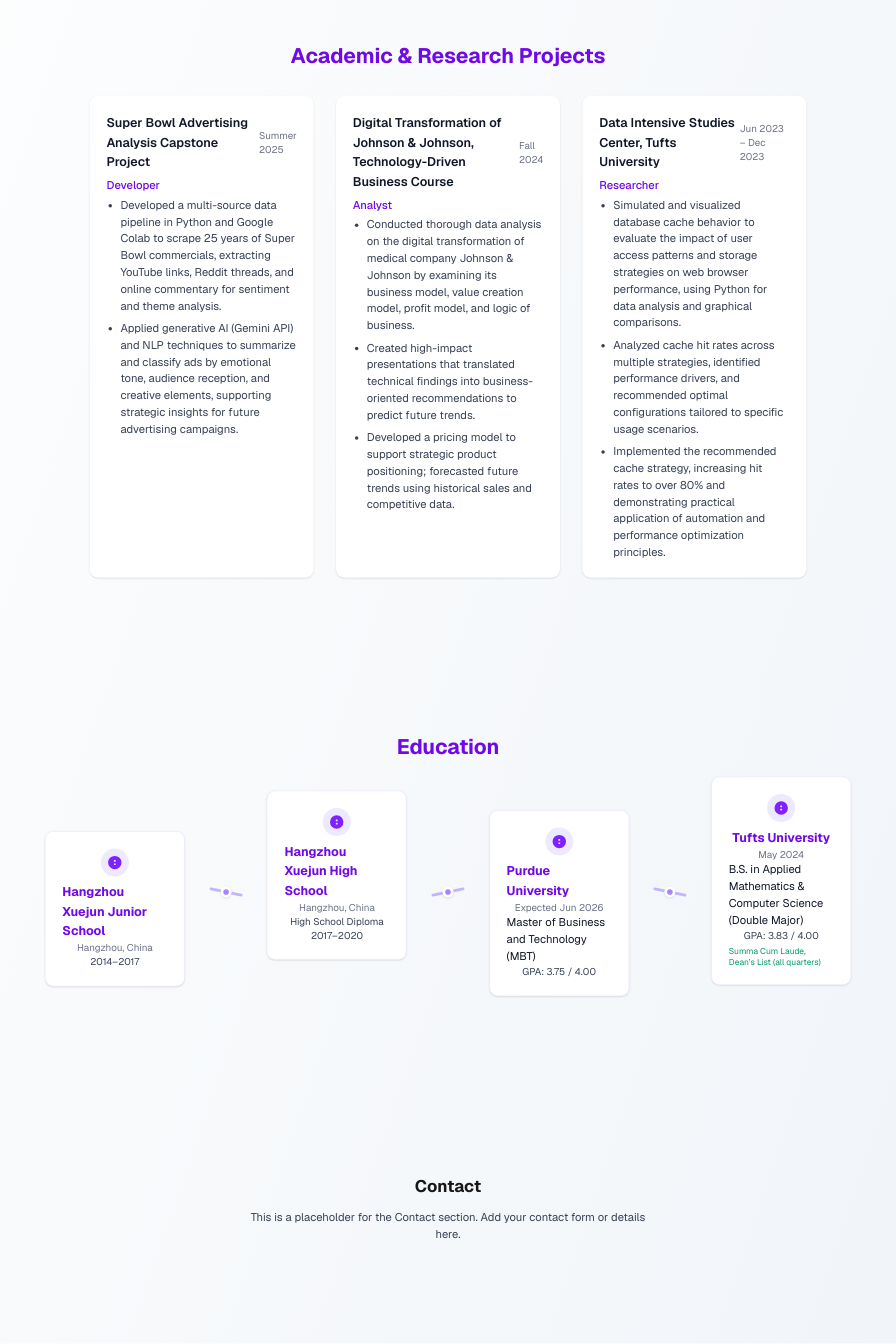
Repository: winniewyl/personal-portfolio
Page: /
These files come from the project's save history. The page is drawn as it stood at one moment and after the next save; the edit follows.
The browser window is 1280 px wide. The pictures show the part of the page from y = 1875 to 3795 px (the page is 3795 px tall), at 70% of full size.
The project was rebuilt for these pictures with package versions that can differ from the ones it lists, and the page was loaded fresh each time. The framework's server and built-in components were replaced by stand-ins that run in the browser. Also part of the build but not shown: next.config.ts.

Above is the page before, as saved 2025-07-22 11:56:10.

After the next save:
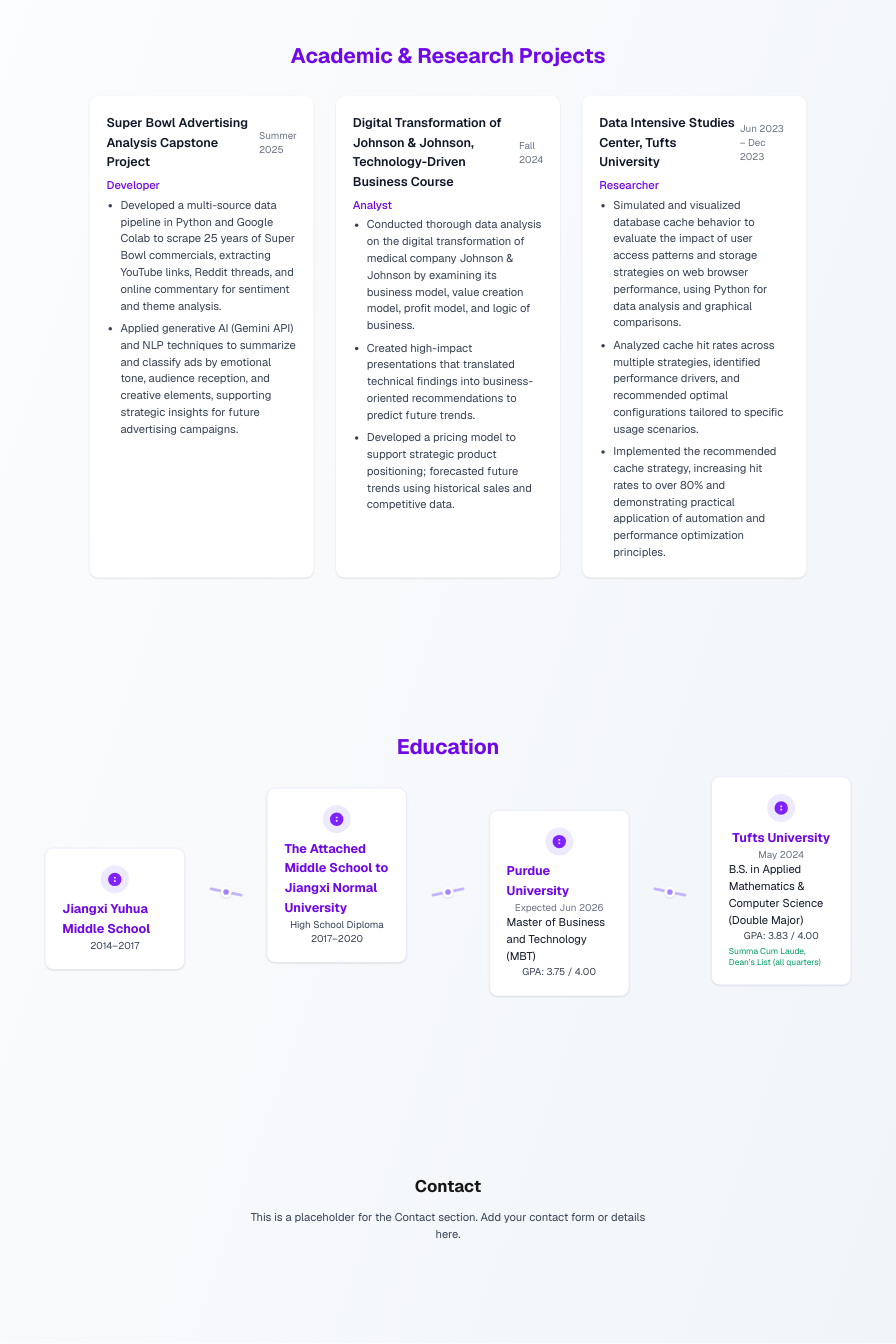
Saved 2 min 11 s later.
--- a/src/app/page.tsx
+++ b/src/app/page.tsx
@@ -195,7 +195,7 @@ export default function Home() {
             Education
           </h2>
           <div className="w-full flex flex-col md:flex-row items-center justify-center relative">
-            {/* Junior School */}
+            {/* Middle School */}
             <div className="flex flex-col items-center md:w-1/4 px-2 md:px-4 z-10 md:translate-y-6">
               <div className="flex flex-col items-center bg-white dark:bg-[#232336] rounded-xl shadow p-6 min-w-[200px] max-w-xs border border-violet-100 dark:border-violet-700">
                 <span className="flex items-center justify-center w-10 h-10 bg-violet-100 rounded-full mb-2">
@@ -208,10 +208,7 @@ export default function Home() {
                   </svg>
                 </span>
                 <span className="font-bold text-lg text-violet-700">
-                  Hangzhou Xuejun Junior School
-                </span>
-                <span className="text-sm text-gray-500 dark:text-gray-400">
-                  Hangzhou, China
+                  Jiangxi Yuhua Middle School
                 </span>
                 <span className="text-sm text-gray-700 dark:text-gray-300">
                   2014–2017
@@ -236,10 +233,7 @@ export default function Home() {
                   </svg>
                 </span>
                 <span className="font-bold text-lg text-violet-700">
-                  Hangzhou Xuejun High School
-                </span>
-                <span className="text-sm text-gray-500 dark:text-gray-400">
-                  Hangzhou, China
+                  The Attached Middle School to Jiangxi Normal University
                 </span>
                 <span className="text-sm text-gray-700 dark:text-gray-300">
                   High School Diploma
